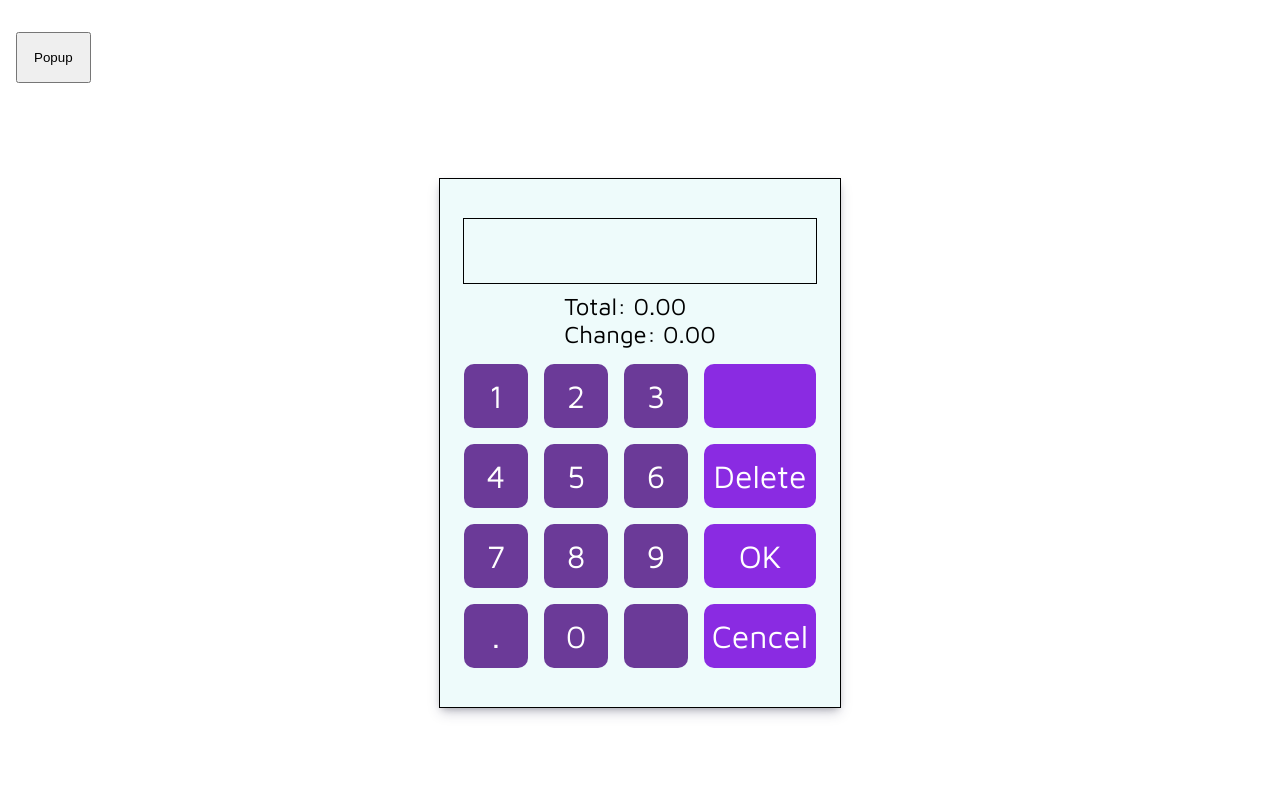
Repository: Dapravith/Midterm-SE-GIC-Cafe-Project-Group16
Page: src/main/resources/templates/changeCalculate.html
The author's editor kept a copy of each file at every save. The page is drawn from the files as they stood at one save, then again after the next save.
The browser window is 1280 px wide. The pictures show the whole page.

Above is the page before, as saved 2023-05-12 16:33:29.
Console error: TypeError: Cannot read properties of null (reading 'addEventListener')

### src/main/resources/templates/changeCalculate.html
<!DOCTYPE html>
<html lang="en">
  <head>
    <meta charset="UTF-8" />
    <meta http-equiv="X-UA-Compatible" content="IE=edge" />
    <meta name="viewport" content="width=device-width, initial-scale=1.0" />
    <title>Document</title>
    <style>
      @import url("https://fonts.googleapis.com/css2?family=Maven+Pro&display=swap");
      * {
        margin: 0;
        padding: 0;
      }
      body {
        font-family: "Maven Pro", sans-serif;
      }
      .popup_button button {
        margin-top: 2rem;
        margin-left: 1rem;
        padding: 1rem;
      }
      .main_wrapper {
        display: flex;
        height: 100vh;
        justify-content: center;
        align-items: center;
      }
      .wrapper_container {
        width: 25rem;
        height: 33rem;
        border: 1px solid black;
        display: flex;
        align-items: center;
        justify-content: center;
        flex-direction: column;
        background-color: #eefbfb;
        box-shadow: rgba(50, 50, 93, 0.25) 0px 6px 12px -2px,
          rgba(0, 0, 0, 0.3) 0px 3px 7px -3px;
      }
      .first_row {
        display: flex;
        gap: 1rem;
      }
      .second_row {
        display: flex;
        gap: 1rem;
        margin-top: 1rem;
      }
      .third_row {
        display: flex;
        gap: 1rem;
        margin-top: 1rem;
      }
      .zero_row {
        display: flex;
        justify-content: center;
        margin-top: 1rem;
        gap: 1rem;
      }
      .box {
        background-color: rgb(107, 58, 152);
        width: 4rem;
        height: 4rem;
        font-size: 2rem;
        display: flex;
        justify-content: center;
        align-items: center;
        border-radius: 10px;
      }
      .box_cencel {
        background-color: blueviolet;
        width: 7rem;
        height: 4rem;
        font-size: 2rem;
        display: flex;
        justify-content: center;
        align-items: center;
        border-radius: 10px;
      }
      .box_cencel:hover {
        background-color: orange;
        color: white;
      }
      .box_ok {
        background-color: blueviolet;
        width: 7rem;
        height: 4rem;
        font-size: 2rem;
        display: flex;
        justify-content: center;
        align-items: center;
        border-radius: 10px;
      }
      .box_ok:hover {
        background-color: orange;
        color: white;
      }
      .box_ {
        background-color: blueviolet;
        width: 7rem;
        height: 4rem;
        font-size: 2rem;
        display: flex;
        justify-content: center;
        align-items: center;
        border-radius: 10px;
      }
      .box_delete {
        background-color: blueviolet;
        width: 7rem;
        height: 4rem;
        font-size: 2rem;
        display: flex;
        justify-content: center;
        align-items: center;
        border-radius: 10px;
      }
      .box_delete:hover {
        background-color: orange;
        color: white;
      }
      .box:hover {
        background-color: orange;
        color: white;
      }
      a {
        text-decoration: none;
        color: white;
      }
      .number_box {
        margin-bottom: 0.5rem;
        width: 22rem;
        height: 4rem;
        border: 1px solid black;
        color: black;
        display: flex;
        align-items: center;
        font-size: 3rem;
      }
      .total_change_row {
        display: flex;
        flex-direction: column;
        justify-content: flex-start;
        margin-bottom: 1rem;
        font-size: 1.5rem;
      }
    </style>
  </head>
  <body>
    <div class="popup_button">
      <button>Popup</button>
    </div>

    <div class="main_wrapper">
      <div class="wrapper_container">
        <div class="number-box">
          <div class="number_box"></div>
        </div>
        <div class="total_change_row">
          <span>Total: 0.00</span>
          <span>Change: 0.00</span>
        </div>
        <!-- row 1 -->
        <div class="first_row">
          <div class="box 1"><a href="#">1</a></div>
          <div class="box 2"><a href="#">2</a></div>
          <div class="box 3"><a href="#">3</a></div>
          <div class="box_"></div>
        </div>
        <div class="second_row">
          <div class="box 4"><a href="#">4</a></div>
          <div class="box 5"><a href="#">5</a></div>
          <div class="box 6"><a href="#">6</a></div>
          <div class="box_delete"><a href="#">Delete</a></div>
        </div>
        <div class="third_row">
          <div class="box 7"><a href="#">7</a></div>
          <div class="box 8"><a href="#">8</a></div>
          <div class="box 9"><a href="#">9</a></div>
          <div class="box_ok"><a href="#">OK</a></div>
        </div>
        <div class="zero_row">
          <div class="box ."><a href="#">.</a></div>
          <div class="box 0"><a href="#">0</a></div>
          <div class="box *"><a href=""></a></div>
          <div class="box_cencel"><a href="#">Cencel</a></div>
        </div>
      </div>
    </div>

    <script>
      // Get the number box element
      const numberBox = document.querySelector(".number_box");

      // Initialize the current total and change
      let currentTotal = 0;
      let currentChange = 0;

      // Define a function to update the number box
      function updateNumberBox() {
        numberBox.textContent = currentTotal.toFixed(2);
      }

      // Define a function to calculate and update the change
      function updateChange(paid) {
        currentChange = paid - currentTotal;
        const totalChangeRow = document.querySelector(".total_change_row");
        totalChangeRow.children[1].textContent = `Change: ${currentChange.toFixed(
          2
        )} USD`;
      }

      // Define click handlers for each number button
      const numberButtons = document.querySelectorAll(".box");
      numberButtons.forEach((button) => {
        button.addEventListener("click", () => {
          const number = parseInt(button.textContent);
          currentTotal += number;
          updateNumberBox();
        });
      });

      // Define click handler for the delete button
      const deleteButton = document.querySelector(".box_delete");
      deleteButton.addEventListener("click", () => {
        currentTotal = 0;
        currentChange = 0;
        updateNumberBox();
        updateChange(0);
      });

      // Define click handler for the OK button
      const okButton = document.querySelector(".box_ok");
      okButton.addEventListener("click", () => {
        const paid = parseFloat(prompt("Enter the amount paid:"));
        if (isNaN(paid)) {
          alert("Invalid amount paid.");
        } else if (paid < currentTotal) {
          alert("Not enough money paid.");
        } else {
          updateChange(paid);
        }
      });

      // Define click handler for the cancel button
      const cancelButton = document.querySelector(".box_cancel");
      cancelButton.addEventListener("click", () => {
        // Reset the current total and change
        currentTotal = 0;
        currentChange = 0;
        updateNumberBox();
        updateChange(0);

        // Close the popup
        popup.style.display = "none";
      });

      // Define click handler for the popup button
      const popupButton = document.querySelector(".popup_button button");
      popupButton.addEventListener("click", () => {
        // Show the popup
        popup.style.display = "block";
      });

      // Hide the popup by default
      const popup = document.querySelector(".wrapper_container");
      popup.style.display = "none";
    </script>
  </body>
</html>

After the next save:
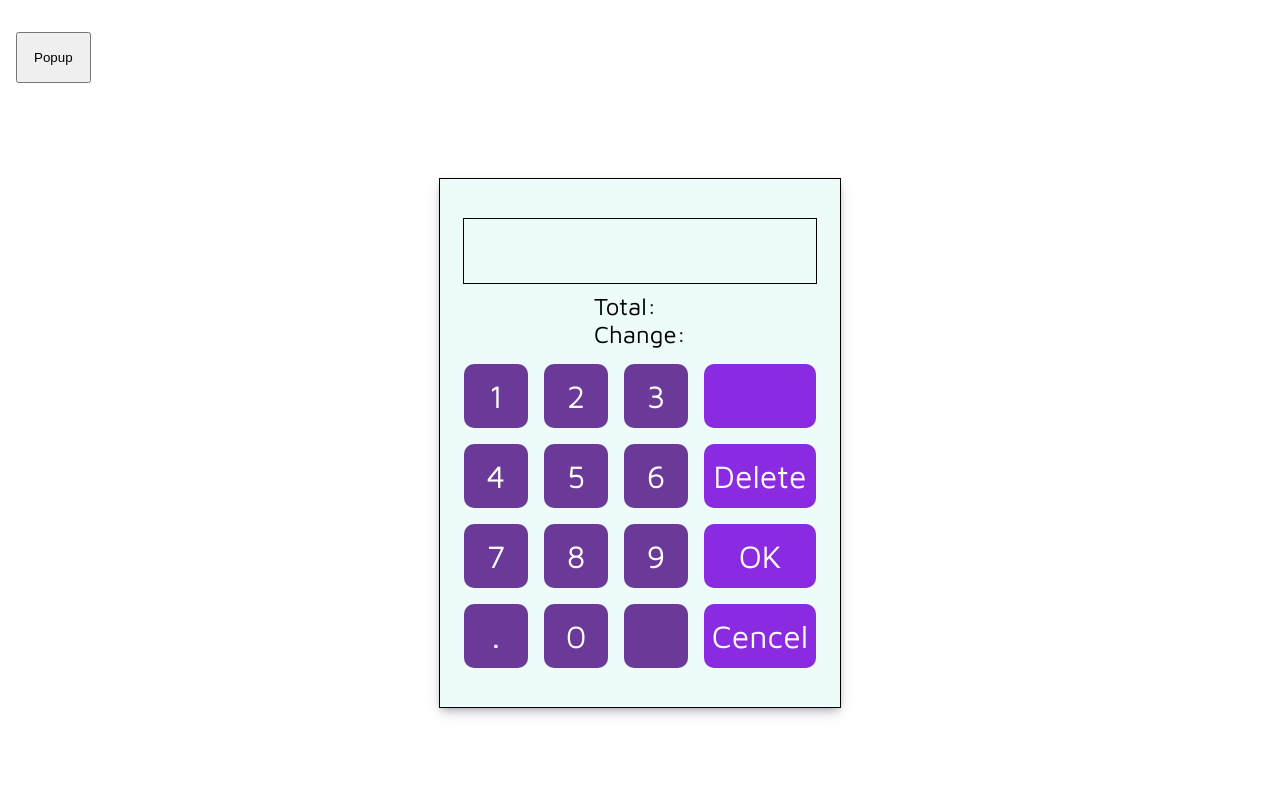
Saved 70 s later.
--- a/src/main/resources/templates/changeCalculate.html
+++ b/src/main/resources/templates/changeCalculate.html
@@ -157,8 +157,8 @@
           <div class="number_box"></div>
         </div>
         <div class="total_change_row">
-          <span>Total: 0.00</span>
-          <span>Change: 0.00</span>
+          <span>Total: </span>
+          <span>Change: </span>
         </div>
         <!-- row 1 -->
         <div class="first_row">
